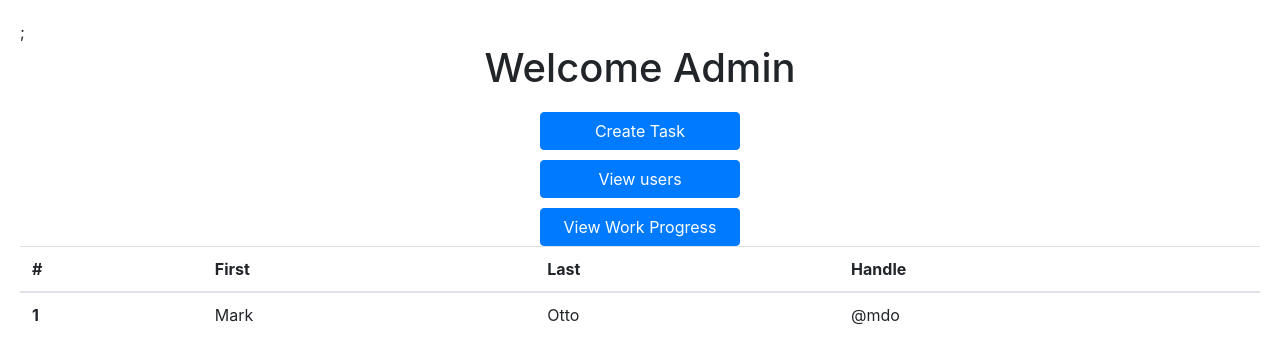
Repository: neha-rouniyar/taskmgmt
Page: http://localhost/admin/view-users
The author's editor kept a copy of each file at every save. The page is drawn from the files as they stood at one save, then again after a run of saves.
The browser window is 1280 px wide. The pictures show the whole page.
Some web libraries are served in a nearby version. The page is served by the project's Laravel application, run on PHP 8.4 with Laravel 10. Other server files are loaded and not shown.

Above is the page before, as saved 2023-12-11 14:57:18.

### routes/web.php
<?php

use App\Http\Controllers\AdminController;
use Illuminate\Support\Facades\Route;
use App\Http\Controllers\LoginController;
/*
|--------------------------------------------------------------------------
| Web Routes
|--------------------------------------------------------------------------
|
| Here is where you can register web routes for your application. These
| routes are loaded by the RouteServiceProvider and all of them will
| be assigned to the "web" middleware group. Make something great!
|
*/

Route::get('/', function () {
    return view('welcome');
});
Route::get('/login-form',[LoginController::class,'index'])->name('login.form');
Route::post('/login-form-submit',[LoginController::class,'loginFormSubmit'])->name('login.form.submit');




Route::get('/register-form',[LoginController::class,'index2'])->name('register.form');
Route::post('/register-form-submit',[LoginController::class,'registerFormSubmit'])->name('register.form.submit');


//user dashboard
Route::get('/user-dashboard',[LoginController::class,'userDashboard'])->name('user.dashboard');
Route::get('/admin-dashboard',[LoginController::class,'adminDashboard'])->name('admin.dashboard');


//admin
Route::get('/admin/view-users',[AdminController::class,'viewUsers'])->name('admin.view.users');

### app/Http/Controllers/AdminController.php
<?php

namespace App\Http\Controllers;

use App\Models\User;
use Illuminate\Http\Request;

class AdminController extends Controller
{
    public function viewUsers()
    {
        $users=User::where('usertype','regular');
        return view('admin.viewUsers',compact('users'));
    }
}

### resources/views/admin/viewUsers.blade.php
@extends('admin.dashboard');
@section('admin-content')

<table class="table">
    <thead>
      <tr>
        <th scope="col">#</th>
        <th scope="col">First</th>
        <th scope="col">Last</th>
        <th scope="col">Handle</th>
      </tr>
    </thead>
    <tbody>
      <tr>
        <th scope="row">1</th>
        <td>Mark</td>
        <td>Otto</td>
        <td>@mdo</td>
      </tr>
    </tbody>
  </table>

@endsection

### resources/views/admin/dashboard.blade.php
<!doctype html>
<html lang="en">
  <head>
    <!-- Required meta tags -->
    <meta charset="utf-8">
    <meta name="viewport" content="width=device-width, initial-scale=1, shrink-to-fit=no">

    <!-- Bootstrap CSS -->
    <link rel="stylesheet" href="https://cdn.jsdelivr.net/npm/bootstrap@4.0.0/dist/css/bootstrap.min.css" integrity="sha384-Gn5384xqQ1aoWXA+058RXPxPg6fy4IWvTNh0E263XmFcJlSAwiGgFAW/dAiS6JXm" crossorigin="anonymous">
    <style>
      body {
          padding: 20px;
      }

      h1 {
          margin-bottom: 20px;
      }

      .btn-container {
          display: flex;
          flex-direction: column;
          gap: 10px;
      }

      .btn-container a {
          text-decoration: none;
      }

      .btn {
          width: 200px;
      }
  </style>
    <title>Hello, world!</title>
  </head>
  <body>
    <div class="container text-center">
        <h1>Welcome Admin</h1>
        <div class="btn-container">
            <a href="">
                <button type="button" class="btn btn-primary">Create Task</button>
            </a>
            <a href="{{route('admin.view.users')}}">
                <button type="button" class="btn btn-primary">View users</button>
            </a>
            <a href="">
                <button type="button" class="btn btn-primary">View Work Progress</button>
            </a>
        </div>
    </div>
    @yield('admin-content')
    <script src="https://code.jquery.com/jquery-3.2.1.slim.min.js" integrity="sha384-KJ3o2DKtIkvYIK3UENzmM7KCkRr/rE9/Qpg6aAZGJwFDMVNA/GpGFF93hXpG5KkN" crossorigin="anonymous"></script>
    <script src="https://cdn.jsdelivr.net/npm/popper.js@1.12.9/dist/umd/popper.min.js" integrity="sha384-ApNbgh9B+Y1QKtv3Rn7W3mgPxhU9K/ScQsAP7hUibX39j7fakFPskvXusvfa0b4Q" crossorigin="anonymous"></script>
    <script src="https://cdn.jsdelivr.net/npm/bootstrap@4.0.0/dist/js/bootstrap.min.js" integrity="sha384-JZR6Spejh4U02d8jOt6vLEHfe/JQGiRRSQQxSfFWpi1MquVdAyjUar5+76PVCmYl" crossorigin="anonymous"></script>
</body>
</html>

Loaded but not shown: app/Http/Controllers/Controller.php (common file); app/Models/User.php (common file)

After the next 3 saves:
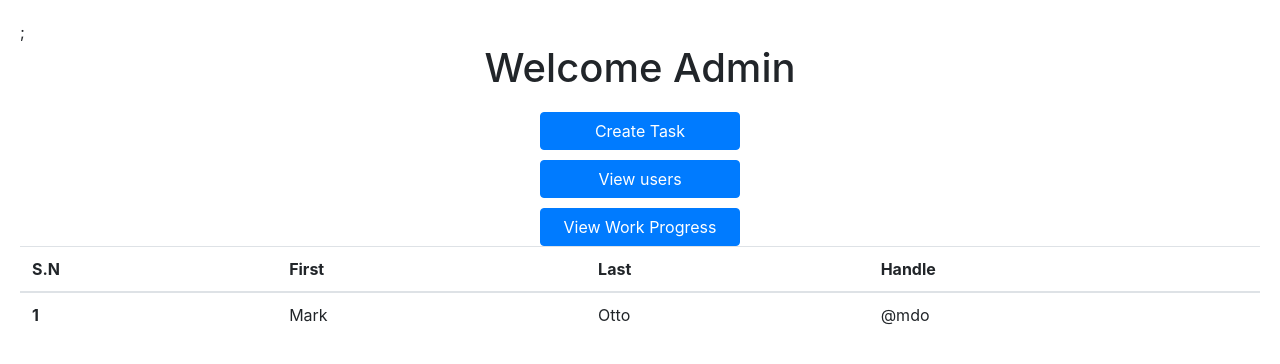
The 3 saves are shown as one change because they came seconds apart.
The last was saved 10 s later.
--- a/resources/views/admin/viewUsers.blade.php
+++ b/resources/views/admin/viewUsers.blade.php
@@ -4,7 +4,7 @@
 <table class="table">
     <thead>
       <tr>
-        <th scope="col">#</th>
+        <th scope="col">S.N</th>
         <th scope="col">First</th>
         <th scope="col">Last</th>
         <th scope="col">Handle</th>
